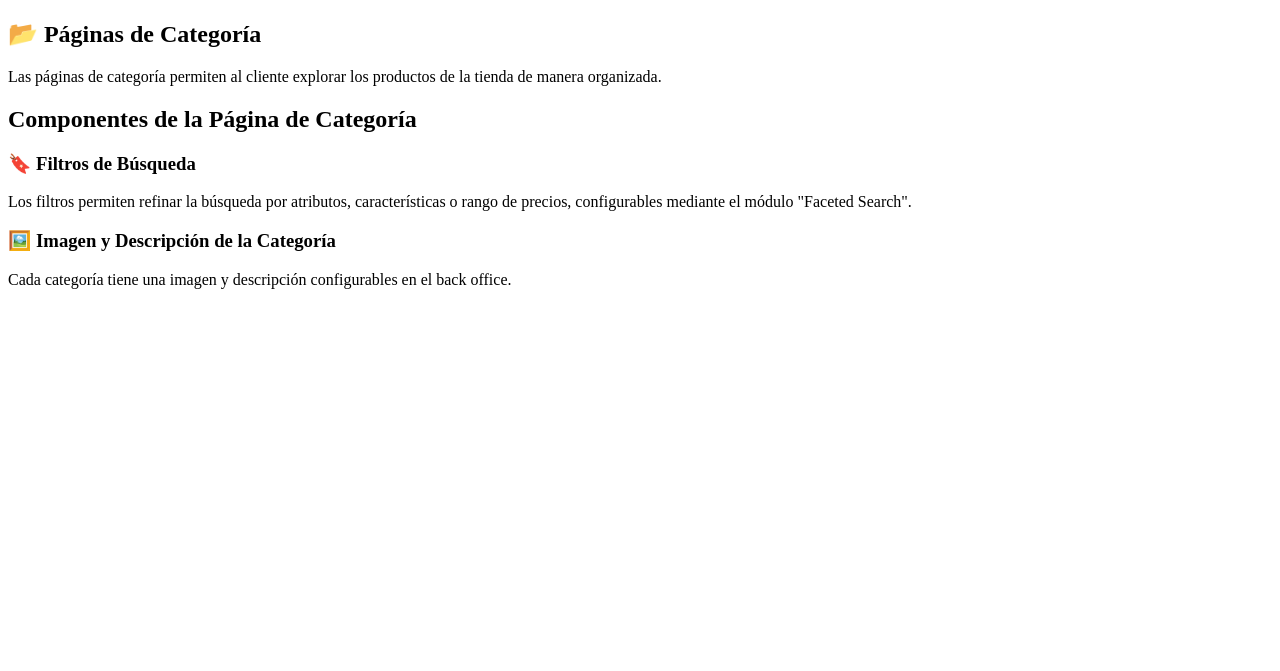
Repository: mag00s/documentacion-prestashop
Page: category-page.html
These files come from the project's save history. The page is drawn as it stood at one moment and after the next save; the edit follows.
The browser window is 1280 px wide. The pictures show the whole page.

Above is the page before, as saved 2024-11-13 16:49:14.

### category-page.html
<!DOCTYPE html>
<html lang="es">
<head>
    <meta charset="UTF-8">
    <title>Páginas de Categoría - Manual</title>
</head>
<body>
    <section>
        <h1>📂 Páginas de Categoría</h1>
        <p>Las páginas de categoría permiten al cliente explorar los productos de la tienda de manera organizada.</p>

        <h2>Componentes de la Página de Categoría</h2>
        <h3>🔖 Filtros de Búsqueda</h3>
        <p>Los filtros permiten refinar la búsqueda por atributos, características o rango de precios, configurables mediante el módulo "Faceted Search".</p>

        <h3>🖼️ Imagen y Descripción de la Categoría</h3>
        <p>Cada categoría tiene una imagen y descripción configurables en el back office.</p>
    </section>
</body>
</html>

### styles.css
/* General Reset */
* {
    margin: 0;
    padding: 0;
    box-sizing: border-box;
}

/* Body and Font */
body {
    font-family: Arial, sans-serif;
    line-height: 1.6;
    color: #333;
    background-color: #f9f9f9;
    padding: 20px;
}

/* Container */
.container {
    max-width: 800px;
    margin: 0 auto;
    padding: 20px;
    background-color: #fff;
    border-radius: 8px;
    box-shadow: 0px 4px 10px rgba(0, 0, 0, 0.1);
}

/* Header */
header {
    text-align: center;
    margin-bottom: 20px;
}

header h1 {
    font-size: 24px;
    color: #0056b3;
}

header p {
    font-size: 14px;
    color: #666;
}

/* Navigation */
nav {
    margin-bottom: 20px;
    text-align: center;
}

nav a {
    color: #0056b3;
    text-decoration: none;
    margin: 0 10px;
    font-weight: bold;
}

nav a:hover {
    text-decoration: underline;
}

/* Main Content */
h1, h2, h3 {
    color: #0056b3;
}

h1 {
    font-size: 24px;
    margin-bottom: 10px;
}

h2 {
    font-size: 20px;
    margin-top: 20px;
}

h3 {
    font-size: 18px;
    margin-top: 15px;
}

p, ul, ol {
    margin-bottom: 10px;
}

ul, ol {
    padding-left: 20px;
}

ul li {
    margin-bottom: 8px;
}

/* Footer Navigation */
footer {
    margin-top: 20px;
    text-align: center;
}

footer p {
    font-size: 12px;
    color: #666;
}

/* Button-like Links */
.button-link {
    display: inline-block;
    background-color: #0056b3;
    color: white;
    padding: 8px 12px;
    border-radius: 5px;
    text-decoration: none;
    margin: 5px 0;
    font-size: 14px;
}

.button-link:hover {
    background-color: #003d80;
}

After the next save:
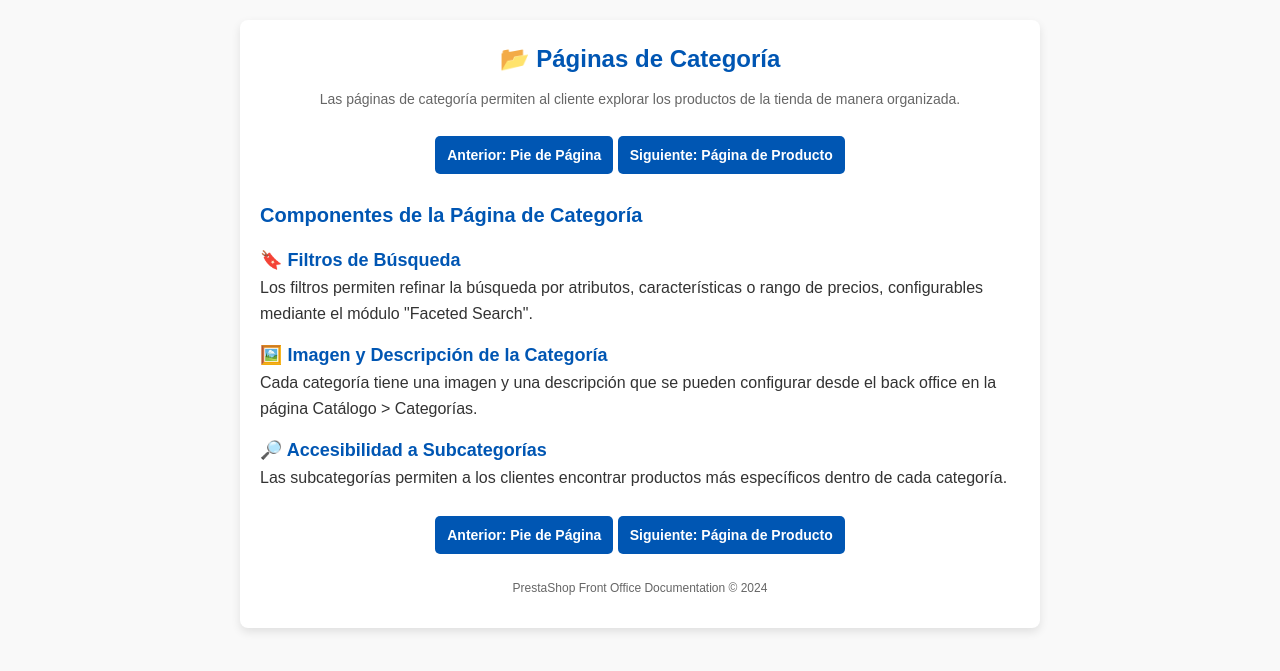
Saved 3 min 13 s later.
--- a/category-page.html
+++ b/category-page.html
@@ -2,19 +2,41 @@
 <html lang="es">
 <head>
     <meta charset="UTF-8">
+    <meta name="viewport" content="width=device-width, initial-scale=1.0">
     <title>Páginas de Categoría - Manual</title>
+    <link rel="stylesheet" href="styles.css">
 </head>
 <body>
-    <section>
-        <h1>📂 Páginas de Categoría</h1>
-        <p>Las páginas de categoría permiten al cliente explorar los productos de la tienda de manera organizada.</p>
+    <div class="container">
+        <header>
+            <h1>📂 Páginas de Categoría</h1>
+            <p>Las páginas de categoría permiten al cliente explorar los productos de la tienda de manera organizada.</p>
+        </header>
 
-        <h2>Componentes de la Página de Categoría</h2>
-        <h3>🔖 Filtros de Búsqueda</h3>
-        <p>Los filtros permiten refinar la búsqueda por atributos, características o rango de precios, configurables mediante el módulo "Faceted Search".</p>
+        <nav>
+            <a href="footer.html" class="button-link">Anterior: Pie de Página</a>
+            <a href="product-page.html" class="button-link">Siguiente: Página de Producto</a>
+        </nav>
 
-        <h3>🖼️ Imagen y Descripción de la Categoría</h3>
-        <p>Cada categoría tiene una imagen y descripción configurables en el back office.</p>
-    </section>
+        <section>
+            <h2>Componentes de la Página de Categoría</h2>
+            <h3>🔖 Filtros de Búsqueda</h3>
+            <p>Los filtros permiten refinar la búsqueda por atributos, características o rango de precios, configurables mediante el módulo "Faceted Search".</p>
+
+            <h3>🖼️ Imagen y Descripción de la Categoría</h3>
+            <p>Cada categoría tiene una imagen y una descripción que se pueden configurar desde el back office en la página Catálogo > Categorías.</p>
+
+            <h3>🔎 Accesibilidad a Subcategorías</h3>
+            <p>Las subcategorías permiten a los clientes encontrar productos más específicos dentro de cada categoría.</p>
+        </section>
+
+        <footer>
+            <nav>
+                <a href="footer.html" class="button-link">Anterior: Pie de Página</a>
+                <a href="product-page.html" class="button-link">Siguiente: Página de Producto</a>
+            </nav>
+            <p>PrestaShop Front Office Documentation © 2024</p>
+        </footer>
+    </div>
 </body>
 </html>
